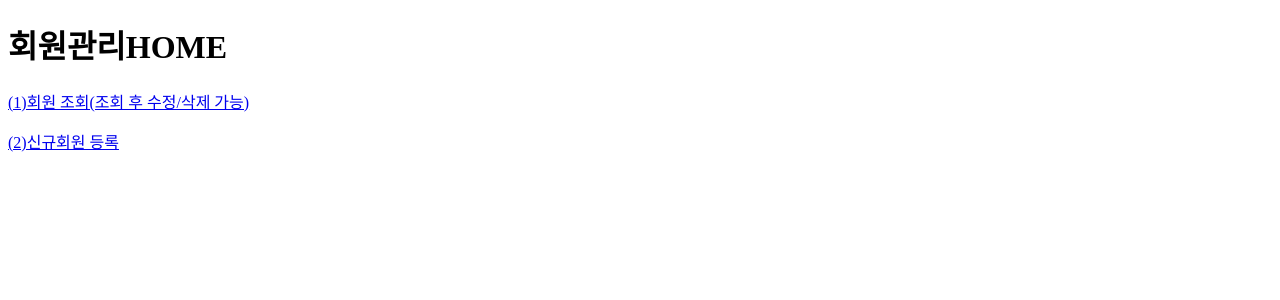
Repository: Junvelop/hkdevelope
Page: http://localhost/01_userboard_sepa/
The author's editor kept a copy of each file at every save. The page is drawn from the files as they stood at one save, then again after the next save.
The browser window is 1280 px wide. The pictures show the whole page.
The page is served by Tomcat 9.

Above is the page before, as saved 2024-09-04 04:55:46.

After the next save:
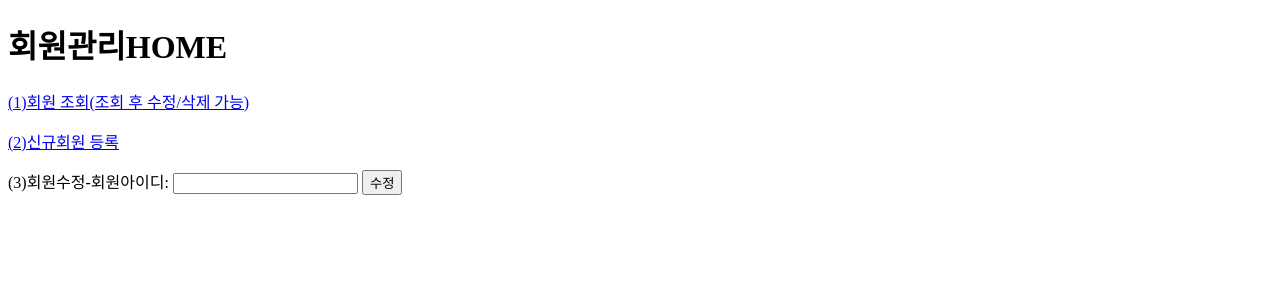
Saved 2 min 12 s later.
--- a/Downloads/back_end_edu20240624-master (1)/01_userboard_sepa/src/main/webapp/index.jsp
+++ b/Downloads/back_end_edu20240624-master (1)/01_userboard_sepa/src/main/webapp/index.jsp
@@ -11,6 +11,9 @@
 <p><a href="userList.jsp">(1)회원 조회(조회 후 수정/삭제 가능)</a></p>
 <p><a href="userInsertForm.jsp">(2)신규회원 등록</a></p>
 <form action = "userUpdateForm.jsp" method = "post">
+	<label>(3)회원수정-회원아이디:</label>
+	<input type="text" name="userId" />
+	<input type="submit" value="수정"/>
 
 </form>
 </body>
